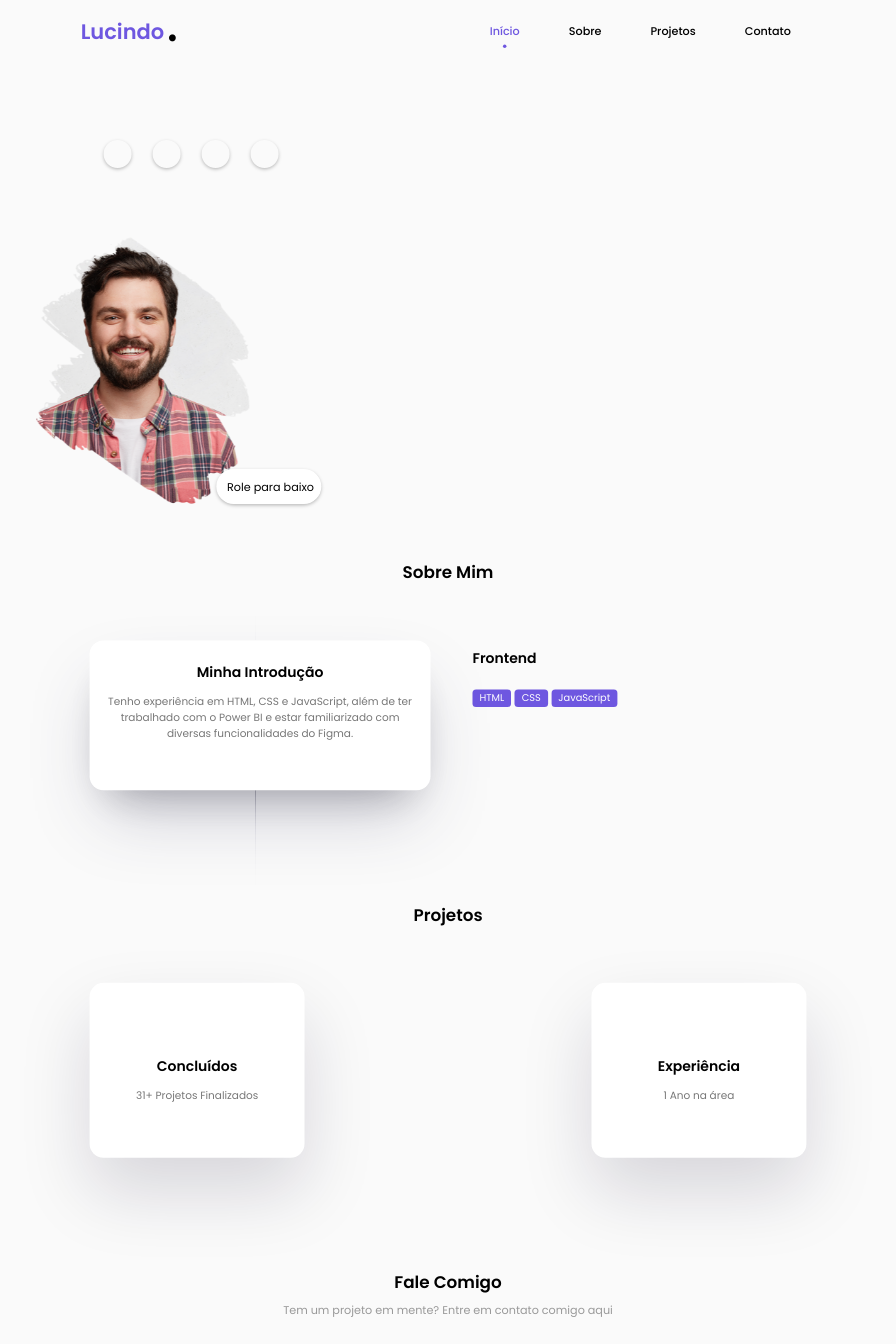
Repository: Matheus904-12/PrePortf
Page: index.html
These files come from the project's save history. The page is drawn as it stood at one moment and after the next save; the edit follows.
The browser window is 1280 px wide. The pictures show the part of the page from y = 0 to 1920 px (the page is 2683 px tall), at 70% of full size.
Some icons come from a web library that is not loaded, so they are not drawn.

Above is the page before, as saved 2023-09-29 12:10:06.

After the next save:
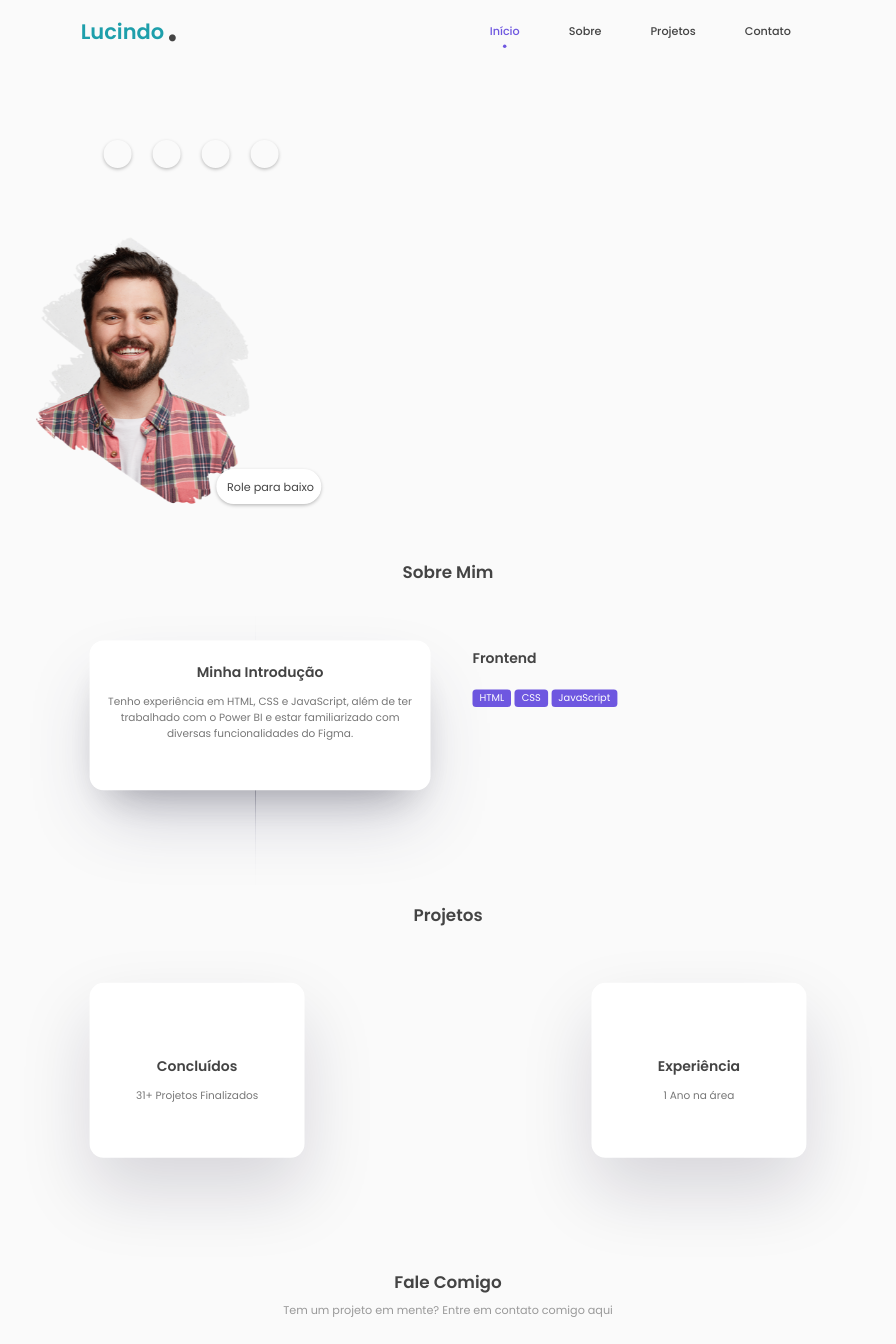
Saved 15 s later.
--- a/style.css
+++ b/style.css
@@ -3,17 +3,17 @@
 
 /* ----- VARIABLES ----- */
 :root{
-    --body-color: #fafafa;
-    --color-white: #ffffff;
-
-    --text-color-second: #000000;
-    --text-color-third: #6e57e0;
+    --body-color: rgb(250, 250, 250);
+    --color-white: rgb(255, 255, 255);
+
+    --text-color-second: rgb(68, 68, 68);
+    --text-color-third: rgb(30, 159, 171);
 
     --first-color: rgb(110, 87, 224);
     --first-color-hover: rgb(40, 91, 212);
 
-    --second-color: #6e57e0;
-    --third-color: #00297f;
+    --second-color: rgb(110, 87, 224);
+    --third-color: rgb(192, 166, 49);
     --first-shadow-color: rgba(0, 0, 0, 0.1);
 
 }
